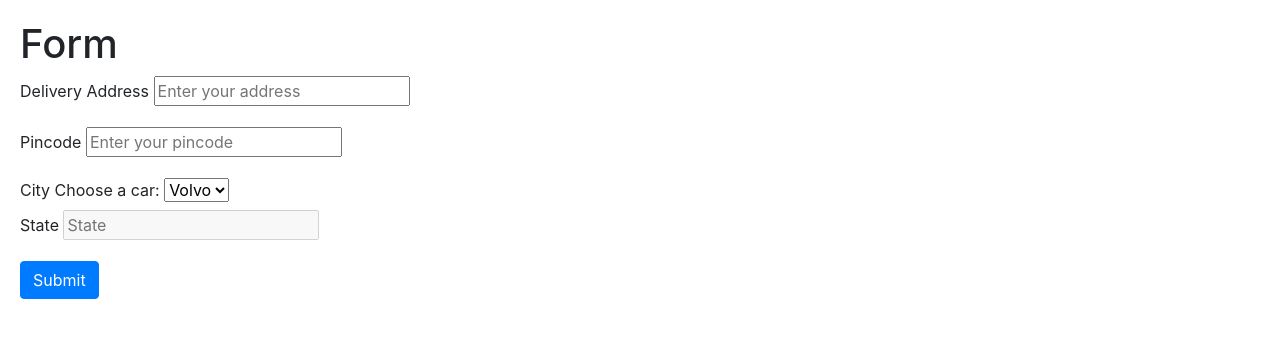
Repository: piyushj81/ComputerShop
Page: http://localhost/computershop/shopnowform.jsp
These files come from the project's save history. The page is drawn as it stood at one moment and after the next save; the edit follows.
The browser window is 1280 px wide. The pictures show the whole page.
The page is served by Tomcat 9. Other server files are loaded and not shown.

Above is the page before, as saved 2021-10-11 06:30:20.

### computershop/WebContent/shopnowform.jsp
<%@ page language="java" contentType="text/html; charset=ISO-8859-1"
    pageEncoding="ISO-8859-1"%>
<!DOCTYPE html>
<html>
<head>
<meta charset="ISO-8859-1">
<title>Delivery form</title>
  <link rel="stylesheet" href="computershop.css">
  <link rel="stylesheet" href="https://cdnjs.cloudflare.com/ajax/libs/font-awesome/4.7.0/css/font-awesome.min.css">
  <link rel="stylesheet" href="https://cdn.jsdelivr.net/npm/bootstrap@4.5.3/dist/css/bootstrap.min.css"
    integrity="sha384-TX8t27EcRE3e/ihU7zmQxVncDAy5uIKz4rEkgIXeMed4M0jlfIDPvg6uqKI2xXr2" crossorigin="anonymous">
  <script src="https://code.jquery.com/jquery-3.5.1.slim.min.js"
    integrity="sha384-DfXdz2htPH0lsSSs5nCTpuj/zy4C+OGpamoFVy38MVBnE+IbbVYUew+OrCXaRkfj"
    crossorigin="anonymous"></script>
  <script src="https://cdn.jsdelivr.net/npm/bootstrap@4.5.3/dist/js/bootstrap.bundle.min.js"
    integrity="sha384-ho+j7jyWK8fNQe+A12Hb8AhRq26LrZ/JpcUGGOn+Y7RsweNrtN/tE3MoK7ZeZDyx"
    crossorigin="anonymous"></script>


</head>
<body>
<h1>Form</h1>
 <form  method="post"  >
  <div class="form-group">
      <label for="exampleInputEmail1">Delivery Address</label>

<input type="text" class="address" id="address" placeholder="Enter your address" required>
  </div>
  <div class="form-group">
    <label for="exampleInputEmail1">Pincode</label>

   <input type="text" class="pincode" id="pincode"  placeholder="Enter your pincode" autocomplete="pin" required > </div>
   <div class="form-group">
    <label for="exampleInputEmail1">City</label>
<label for="cars">Choose a car:</label>
<select id="cars" name="City">
  <option value="volvo">Volvo</option>
  <option value="saab">Saab</option>
  <option value="fiat">Fiat</option>
  <option value="audi">Audi</option>
</select>
    <div class="form-group">
   <label for="exampleInputEmail1">State</label>

 <input type="text" class="state" id="state"  disabled placeholder="State"> </div>

  </div>

  <button type="submit" class="btn btn-primary">Submit</button>
</form>

</body>
</html>

### computershop/WebContent/computershop.css
.left{
    margin: -21px auto;
    margin-left: -20px;
    padding: 9px;
    background-color: black;
    width: 178%;
}
.left a{
    text-decoration: none;
    color: white;
}
.left a:hover{
    background-color: red;
    text-decoration: none;
    color: white;
}
.left button{
    width: 9%;
}
.left button:hover{
    background-color: yellow;


}
.leftright{
    float: right;
}
.mid{
    text-decoration: none;
    height: 99px;
    background-color:black;
    display: block;
    width: 178%;
    margin: 22px auto;
    margin-left: -20px;
    top:20px;
    padding: 20px;
}
.right{
    position: absolute;

    right: 60px;
    top: 42%;
    display: inline-block;
    padding: 23px;
    width: 85%;
    height: 50%;
}
.navbar{
display: inline-block;
}
.navbar li{
    display: inline-block;
    font-size: 17px;

}
.navbar li a{
color:white;
text-decoration: none;
padding: 27px;
}
.navbar li a:hover{
    background-color:red;
    text-decoration: none;
    width:70px;
    }

.peripheral{
    color:red;

    width: 167%;

}
.image {
    height: 120%;
     width: 100%;


    }
.image a:hover{
    text-decoration: none;
    background-color: yellow;
    width:150%;
    color: tomato;
}

#myho:hover{
    height: 150px;
    width: 150px;

}

.footer{
    position: absolute;
background-color:  black;
margin-left: -20px;
bottom: -230px;
  width: 100%;
  height: 40%;
  padding: 10px;
}

.footerleft li{
    list-style-type: none;
}
.footerright li{
    list-style-type: none;
}

.footerleft li a{
    text-decoration: none;
    color: white;

}
.footerleft li a:hover{
background-color: red;
text-decoration: none;

}
.footerright li a{
    text-decoration: none;
    color: white;

}
.footerright li a:hover{
    background-color: red;
text-decoration: none;

}
.fa {
    padding: 10px;
    font-size: 70px;
    width: 72px;
    text-align: center;
    text-decoration: none;
    border-radius: 70%;
    background-color: #ffffff ;
}
.fa:hover{
    text-decoration: none;
    background-color: skyblue;

}


  body {
    font-family: Arial;
    margin: 0 auto; /* Center website */
    max-width: 800px; /* Max width */
    padding: 20px;
  }

  .heading {
    font-size: 25px;
    margin-right: 25px;
  }

  .fa {
    font-size: 100px;
  }

  .checked:hover {
      background-color: white;
    color: orange;
  }

   .pics{


    padding: 40px;
    width: 127%;
    margin-left: 300px;

  }
  .pics a{
    -webkit-font-smoothing: auto;
    text-decoration: none;
    color: black;

}
.pics a:hover{
    background-color: red;
    text-decoration: none;
    }
    .centrediv{

        margin-top: -2700px;
    }
    @import url('https://fonts.googleapis.com/css?family=Raleway:100,200,300,400,500,600,700,800,900&display=swap');
html,body {
    font-family: 'Raleway', sans-serif;
}
.thankyou-page ._header {
    background: #fee028;
    padding: 100px 30px;
    text-align: center;
    background: #fee028 url(https://codexcourier.com/images/main_page.jpg) center/cover no-repeat;
}
.thankyou-page ._header .logo {
    max-width: 200px;
    margin: 0 auto 50px;
}
.thankyou-page ._header .logo img {
    width: 100%;
}
.thankyou-page ._header h1 {
    font-size: 65px;
    font-weight: 800;
    color: white;
    margin: 0;
}
.thankyou-page ._body {
    margin: -70px 0 30px;
}
.thankyou-page ._body ._box {
    margin: auto;
    max-width: 80%;
    padding: 50px;
    background: white;
    border-radius: 3px;
    box-shadow: 0 0 35px rgba(10, 10, 10,0.12);
    -moz-box-shadow: 0 0 35px rgba(10, 10, 10,0.12);
    -webkit-box-shadow: 0 0 35px rgba(10, 10, 10,0.12);
}
.thankyou-page ._body ._box h2 {
    font-size: 32px;
    font-weight: 600;
    color: #4ab74a;
}
.thankyou-page ._footer {
    text-align: center;
    padding: 50px 30px;
}

.thankyou-page ._footer .btn {
    background: #4ab74a;
    color: white;
    border: 0;
    font-size: 14px;
    font-weight: 600;
    border-radius: 0;
    letter-spacing: 0.8px;
    padding: 20px 33px;
    text-transform: uppercase;
}

After the next save:
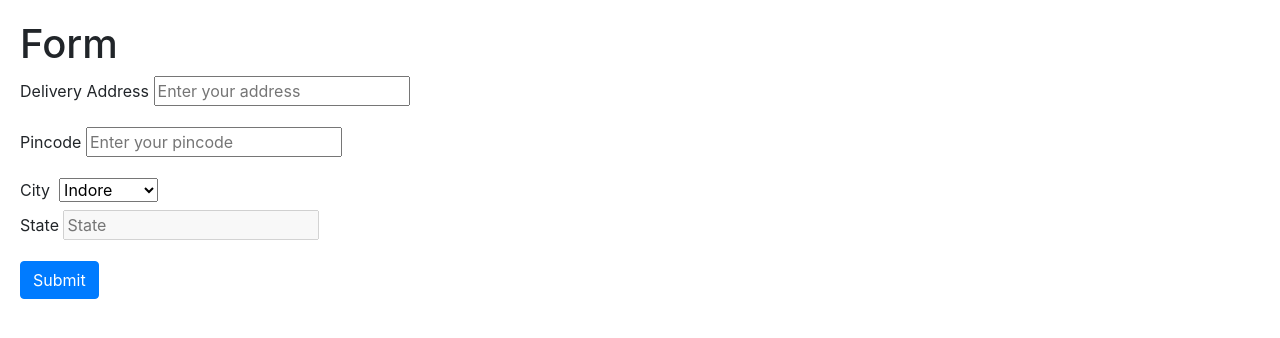
Saved 2 min 20 s later.
--- a/computershop/WebContent/shopnowform.jsp
+++ b/computershop/WebContent/shopnowform.jsp
@@ -32,12 +32,12 @@
    <input type="text" class="pincode" id="pincode"  placeholder="Enter your pincode" autocomplete="pin" required > </div>
    <div class="form-group">
     <label for="exampleInputEmail1">City</label>
-<label for="cars">Choose a car:</label>
-<select id="cars" name="City">
-  <option value="volvo">Volvo</option>
-  <option value="saab">Saab</option>
-  <option value="fiat">Fiat</option>
-  <option value="audi">Audi</option>
+<label for="City"></label>
+<select id="city" name="City" class="city">
+  <option value="indore">Indore</option>
+  <option value="delhi">Delhi</option>
+  <option value="bhopal">Bhopal</option>
+  <option value="bangalore">Bangalore</option>
 </select>
     <div class="form-group">
    <label for="exampleInputEmail1">State</label>
